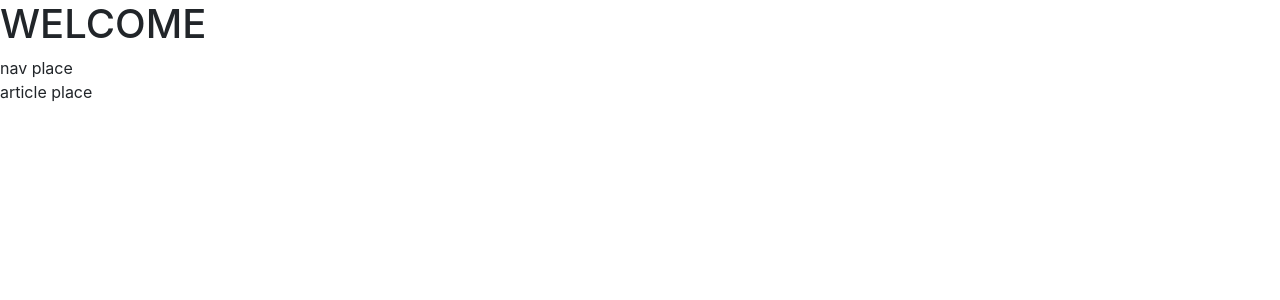
Repository: idrice24/IDRICE24-DASHBOARD
Page: html/header.html
These files come from the project's save history. The page is drawn as it stood at one moment and after the next save; the edit follows.
The browser window is 1280 px wide. The pictures show the whole page.

Above is the page before, as saved 2020-09-03 22:45:38.

After the next save:
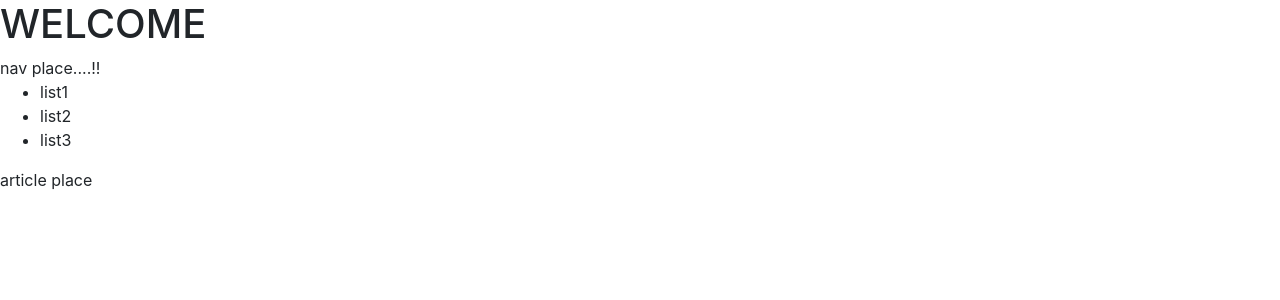
Saved 110 s later.
--- a/html/header.html
+++ b/html/header.html
@@ -13,7 +13,13 @@
 <body>
     <h1>WELCOME</h1>
     <section>
-        <nav>nav place</nav>
+        <nav>nav place....!!
+            <ul>
+                <li>list1</li>
+                <li>list2</li>
+                <li>list3</li>
+            </ul>
+        </nav>
         <article>article place</article>
     </section>
 
